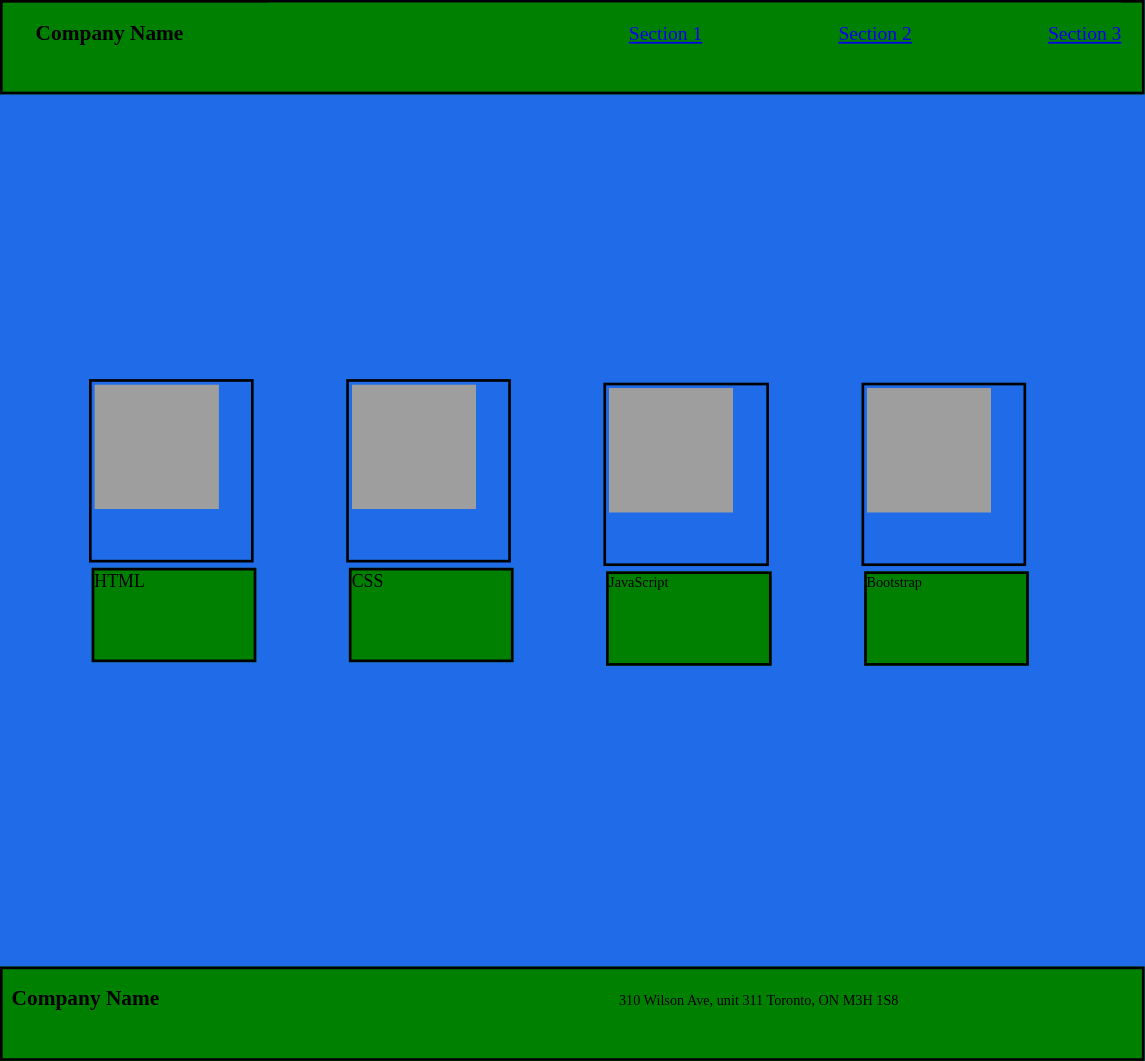
Repository: helloneibor/Project2
Page: section1.html
The author's editor kept a record of every edit. The page is drawn from the files as they stood at one moment, then again after the next edit.
The browser window is 1280 px wide. The page is 1286 px wide, so the pictures cover 1286 px, including what lies to the right of the window. The pictures show the whole page, at 89% of full size.
Pictures or frames that could not be fetched are drawn as grey boxes.

Above is the page before.

After the next edit:
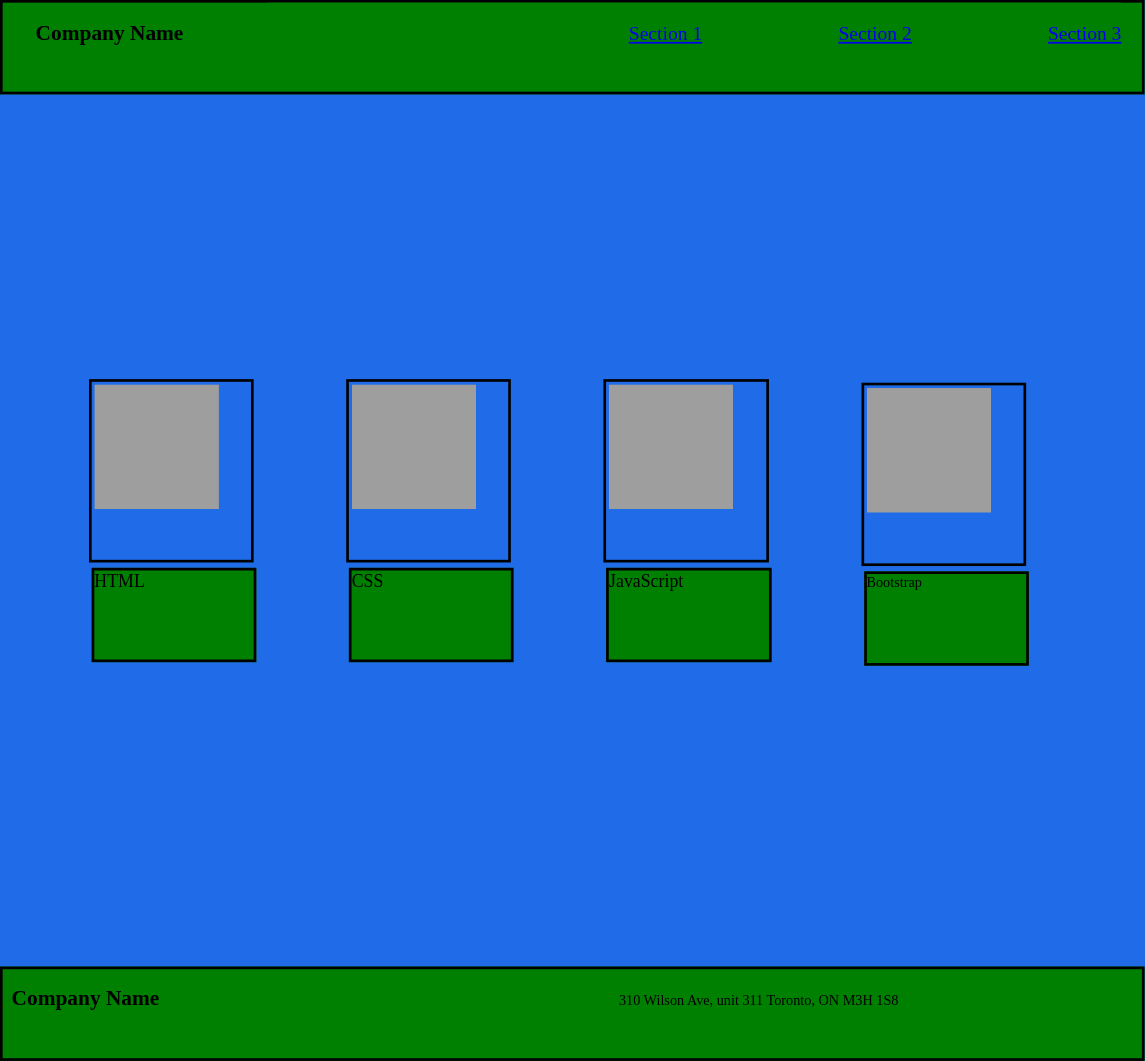
The edit:
--- a/section1.html
+++ b/section1.html
@@ -35,7 +35,7 @@
                         <a href="https://www.javascript.com/" target=_blank>
                         <img class="img_one" src="https://searchlite.nl/wp-content/uploads/2016/08/JavaScript.png" alt="https://www.javascript.com/"></img>
                         </a>
-                            <footer> JavaScript </footer>
+                            <footer class="div_foot"> JavaScript </footer>
                     </div>
                         <div>
                         <a href="https://getbootstrap.com/" target=_blank>
